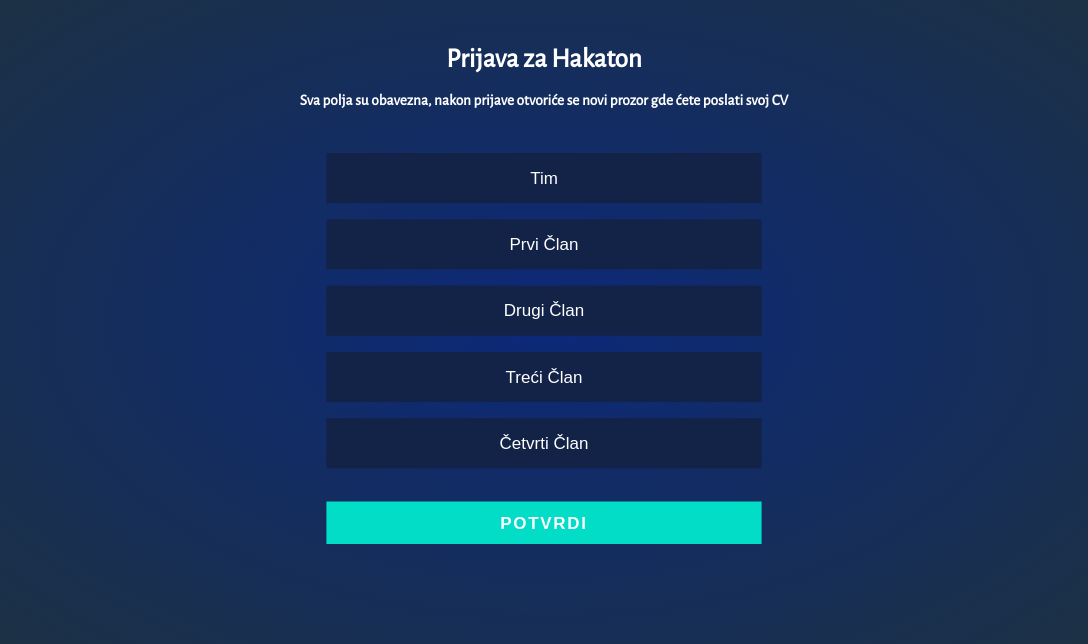
Repository: MilenaPetrovic/fonhakaton2019
Page: prijava/PrijaveHakaton.html
An editor plug-in stored every save of this project. The page is shown before and after the next save, followed by the edit.
The browser window is 1280 px wide. The pictures show the whole page, at 85% of full size.
Some web libraries are served in a nearby version.

Above is the page before, as saved 2019-02-19 10:53:31.

After the next save:
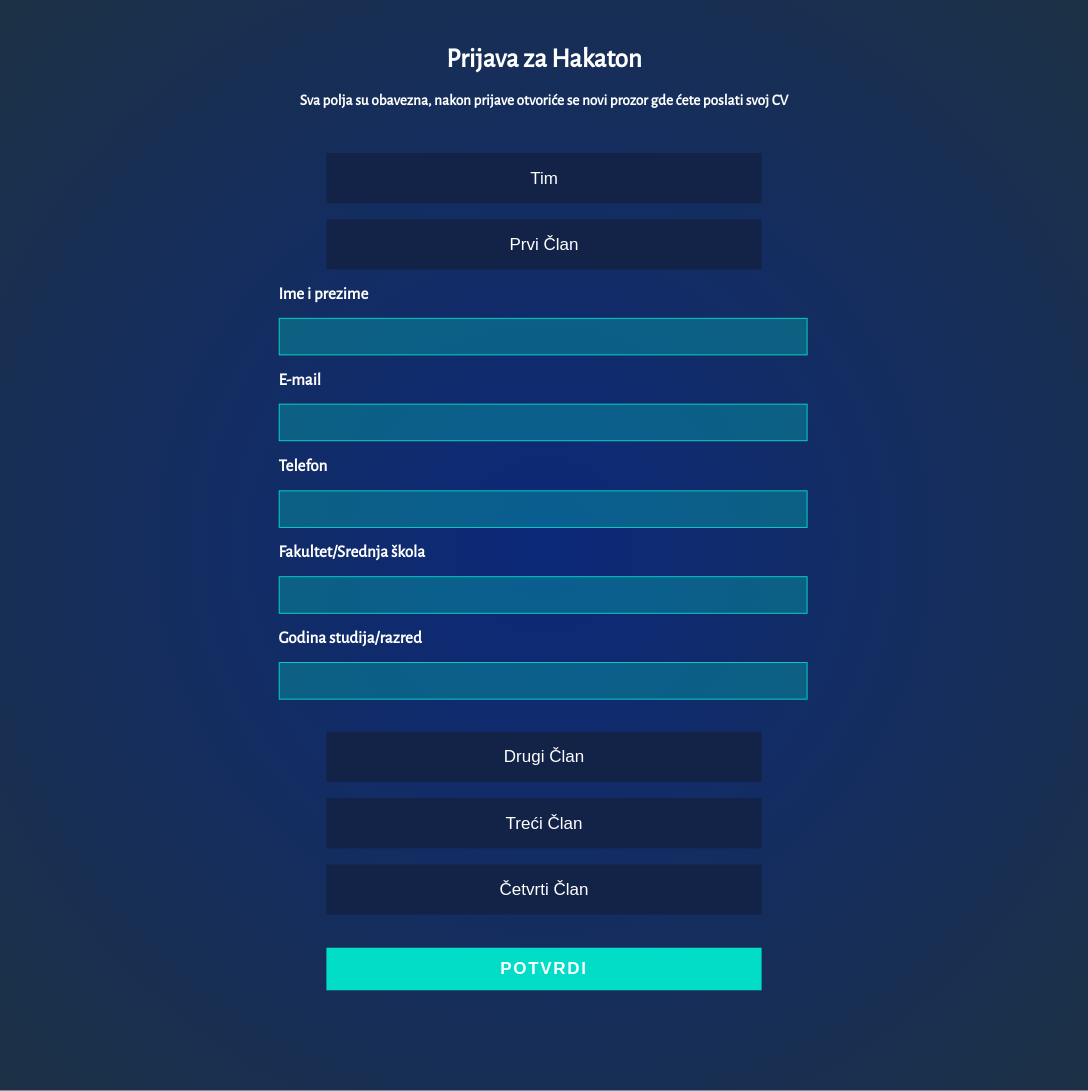
Saved 3 h 19 min later.
--- a/prijava/PrijaveHakaton.html
+++ b/prijava/PrijaveHakaton.html
@@ -31,7 +31,7 @@
     </div><br><br>
 
     <button type="button" class="collapsible">Prvi Član</button>
-    <div class="content">
+    <div class="required">
         <div class="forma">
             <h2>Ime i prezime</h2>
             <input id="name" name="ime-prezime1" type="text" class="form-control" >

After the save that followed:
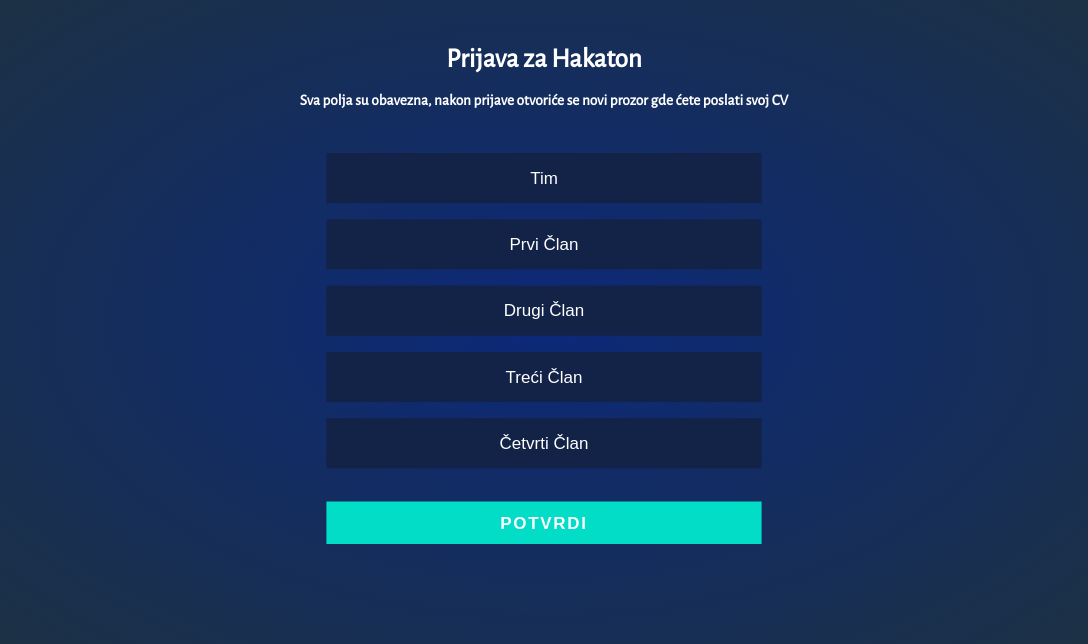
Saved 75 s later.
--- a/prijava/PrijaveHakaton.html
+++ b/prijava/PrijaveHakaton.html
@@ -31,8 +31,8 @@
     </div><br><br>
 
     <button type="button" class="collapsible">Prvi Član</button>
-    <div class="required">
-        <div class="forma">
+    <div class="content">
+        <div class="required">
             <h2>Ime i prezime</h2>
             <input id="name" name="ime-prezime1" type="text" class="form-control" >
             <h2>E-mail</h2>
